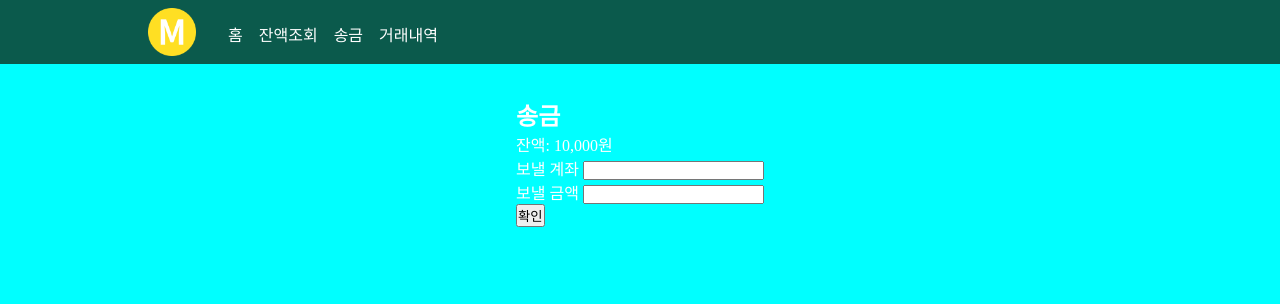
Repository: JiNookk/makaobank
Page: week06/makaoBank/transfer.html
An editor plug-in stored every save of this project. The page is shown before and after the next save, followed by the edit.
The browser window is 1280 px wide. The pictures show the whole page.

Above is the page before, as saved 2022-09-13 17:29:08.

After the next save:
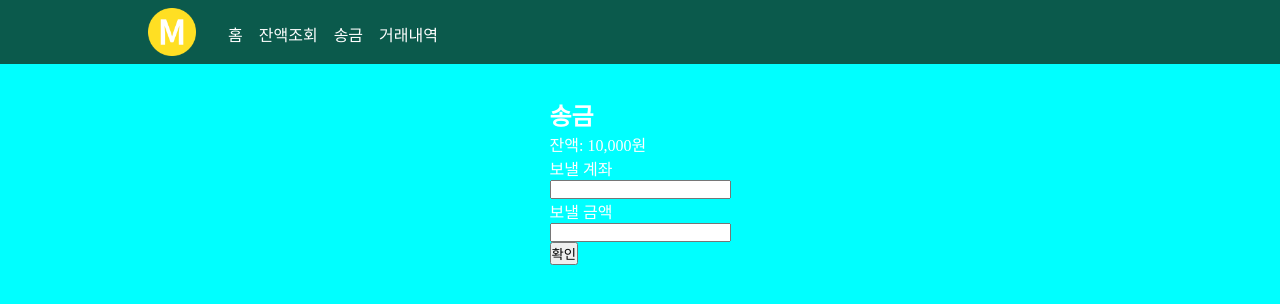
Saved 81 s later.
--- a/week06/makaoBank/transfer.html
+++ b/week06/makaoBank/transfer.html
@@ -28,12 +28,12 @@
                 </p>
                 <form action="" method="get">
                     <div>
-                        <label for="account">보낼 계좌</label>
+                        <label for="account"><p>보낼 계좌</p></label>
                         <input type="account" value="">
                     </div>
 
                     <div>
-                        <label for="amount">보낼 금액</label>
+                        <label for="amount"><p>보낼 금액</p></label>
                         <input type="amount" value="">
                     </div>
 
